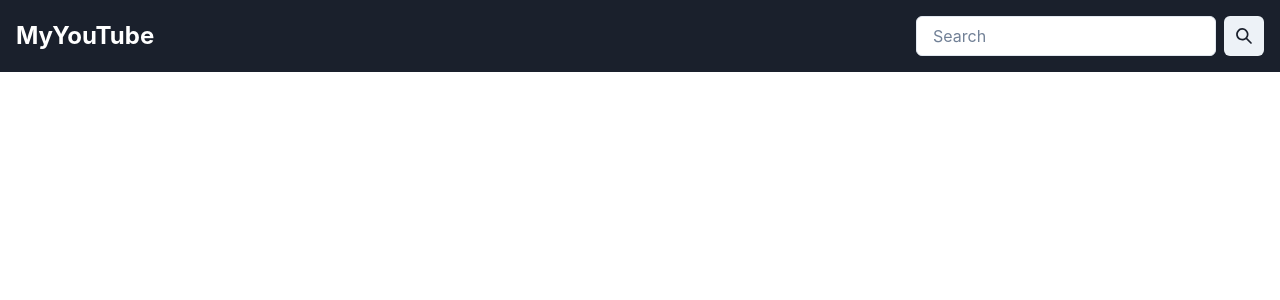
Repository: JuniorDevChris/YouTube-Engagement-Metrics
Page: /
These files come from the project's save history. The page is drawn as it stood at one moment and after a run of saves; the edit follows.
The browser window is 1280 px wide. The pictures show the whole page.
The project was rebuilt for these pictures with package versions that can differ from the ones it lists, and the page was loaded fresh each time. Also part of the build but not shown: vite.config.ts, src/components/VideoCard.tsx, src/App.css.

Above is the page before, as saved 2024-07-16 21:15:42.

After the next 2 saves:
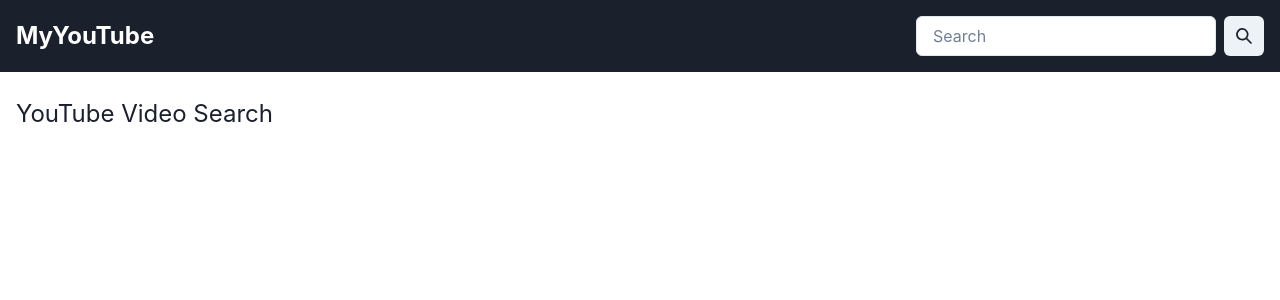
The 2 saves are shown as one change because they came seconds apart.
The last was saved 7 s later.
--- a/src/App.tsx
+++ b/src/App.tsx
@@ -17,6 +17,7 @@ function App() {
   const [query, setQuery] = useState<string>("");
   const [videos, setVideos] = useState<Video[]>([]);
   const [error, setError] = useState<string>("");
+  const [loading, setLoading] = useState<boolean>(false);
 
   const fetchVideoStats = async (videoId: string) => {
     try {
@@ -35,6 +36,7 @@ function App() {
     try {
       setError("");
       setVideos([]);
+      setLoading(true);
       const response = await fetch(
         `https://www.googleapis.com/youtube/v3/search?part=snippet&q=${query}&type=video&key=${
           import.meta.env.VITE_YOUTUBE_API_KEY
@@ -62,6 +64,8 @@ function App() {
     } catch (err) {
       console.error("Error fetching videos:", err);
       setError("Error fetching videos");
+    } finally {
+      setLoading(false);
     }
   };
 
@@ -69,7 +73,15 @@ function App() {
     <Box>
       <Navbar query={query} setQuery={setQuery} fetchVideos={fetchVideos} />
       <Box mt="80px" p={4}>
-        <VideoGrid videos={videos} />
+        <Text fontSize="2xl" mb={4}>
+          YouTube Video Search
+        </Text>
+        {error && (
+          <Text color="red.500" mb={2}>
+            {error}
+          </Text>
+        )}
+        <VideoGrid videos={videos} loading={loading} />
       </Box>
     </Box>
   );
